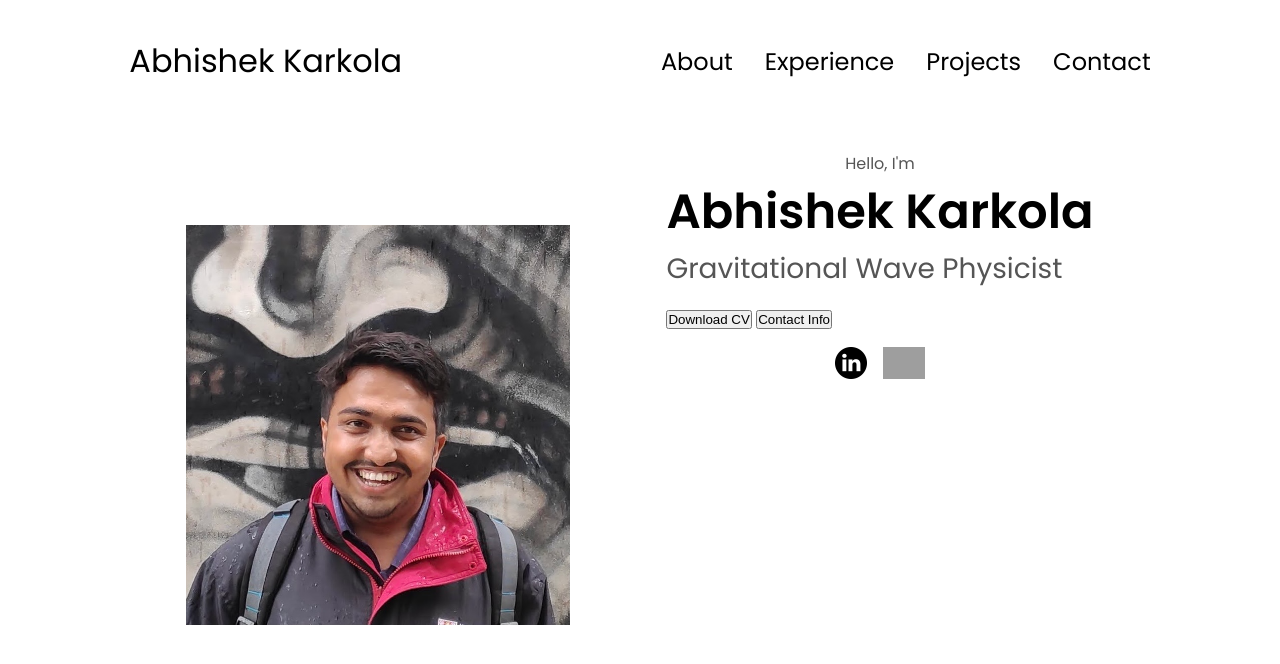
Repository: APersonalVoyage/APersonalVoyage.github.io
Page: index.html
These files come from the project's save history. The page is drawn as it stood at one moment and after the next save; the edit follows.
The browser window is 1280 px wide. The pictures show the whole page.
Pictures or frames that could not be fetched are drawn as grey boxes.

Above is the page before, as saved 2023-08-23 18:46:22.

After the next save:
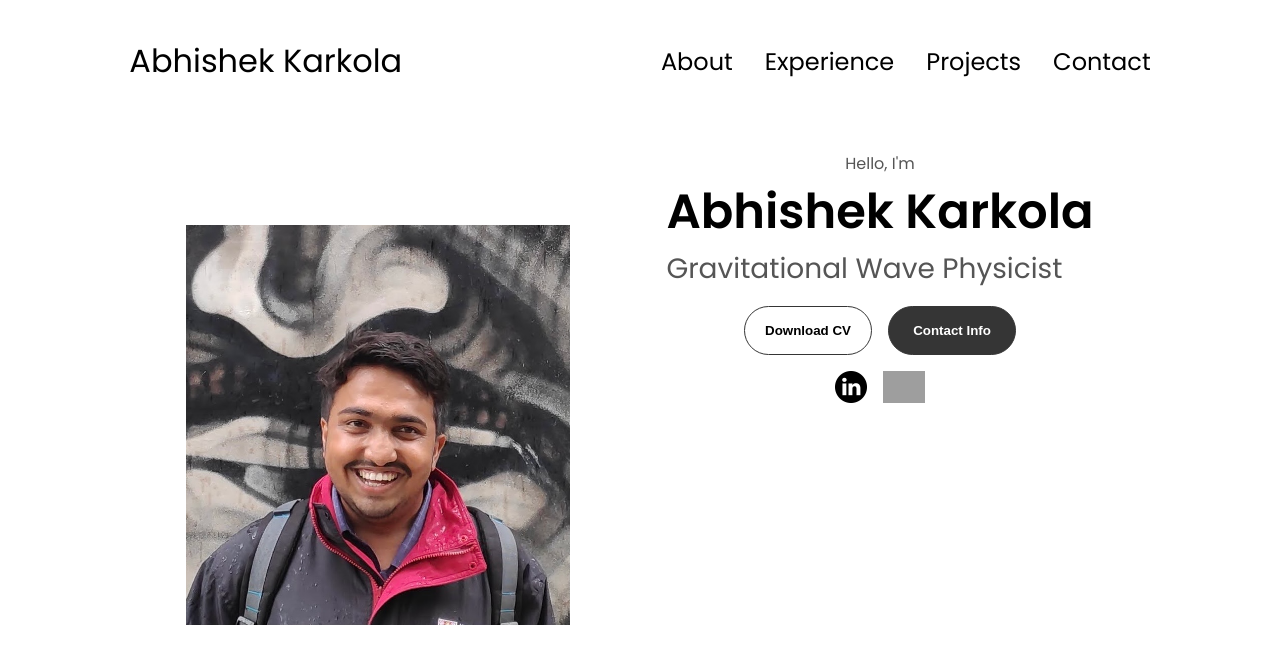
Saved 64 s later.
--- a/style.css
+++ b/style.css
@@ -212,3 +212,51 @@ section {
     cursor: pointer;
     height: 2rem;
   }
+
+  /* BUTTONS */
+
+.btn-container {
+    display: flex;
+    justify-content: center;
+    gap: 1rem;
+  }
+
+  .btn {
+    font-weight: 600;
+    transition: all 300ms ease;
+    padding: 1rem;
+    width: 8rem;
+    border-radius: 2rem;
+  }
+
+  .btn-color-1,
+  .btn-color-2 {
+    border: rgb(53, 53, 53) 0.1rem solid;
+  }
+
+  .btn-color-1:hover,
+  .btn-color-2:hover {
+    cursor: pointer;
+  }
+
+  .btn-color-1,
+  .btn-color-2:hover {
+    background: rgb(53, 53, 53);
+    color: white;
+  }
+
+  .btn-color-1:hover {
+    background: rgb(0, 0, 0);
+  }
+
+  .btn-color-2 {
+    background: none;
+  }
+
+  .btn-color-2:hover {
+    border: rgb(255, 255, 255) 0.1rem solid;
+  }
+
+  .btn-container {
+    gap: 1rem;
+  }
